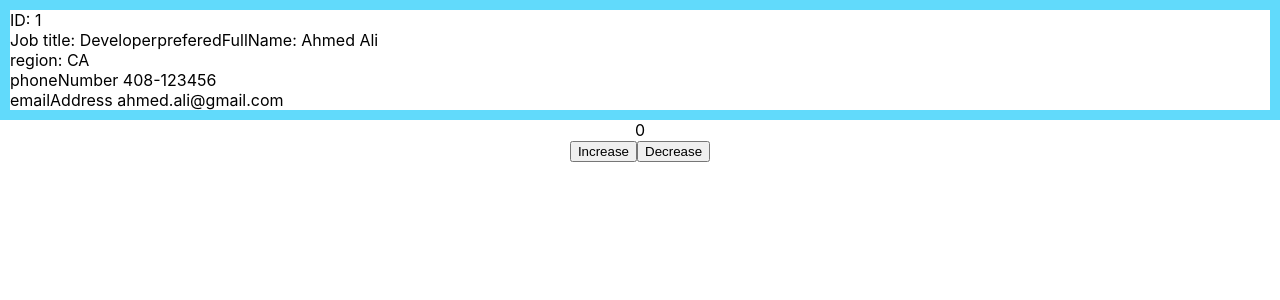
Repository: walaaElbasha/React-Counter
Page: /
The author's editor kept a copy of each file at every save. The page is drawn from the files as they stood at one save, then again after the next save.
The browser window is 1280 px wide. The pictures show the whole page.
The project was rebuilt for these pictures with package versions that can differ from the ones it lists, and the page was loaded fresh each time.

Above is the page before, as saved 2021-04-25 18:21:00.

### public/index.html
<!DOCTYPE html>
<html lang="en">
  <head>
    <title>React App</title>
  </head>
  <body>
    <noscript>You need to enable JavaScript to run this app.</noscript>
    <div id="root"></div>

  </body>
</html>

### src/App.js
import logo from './logo.svg';
import './App.css';
import React from 'react';

class App extends React.Component{
  render(){
    return(<div>
      <Dataviewer></Dataviewer>
      <Counter></Counter>
      </div>
      )

  }
}
class Counter extends React.Component{
  constructor(){
      super();
      this.state={
        count:0
      }
   }
  increase=()=>{
    this.setState({count:this.state.count+1})

  }
  decrease=()=>{
    this.setState({count:this.state.count-1})

  }

  render(){
  return (
    //JSX code w babel by7awlo js
    //bs b3d ma 7tet render khleto html
    <div className="App">
      <div>
        {this.state.count }
      </div>
      <button onClick={this.increase}>Increase</button>
      <button onClick={this.decrease}>Decrease</button>
    </div>
    );
  }
}

class Dataviewer extends React.Component{
  constructor(){
    super();
    this.state={
      id:1,
      jobTitleName:"Developer",
      preferedFullName:"Ahmed Ali",
      replaceemployeeCode:"E1",
      region:"CA",
      phoneNumber:"408-123456",
      emailAddress:"ahmed.ali@gmail.com",
    }
  }
  render(){
    return(
      <div class="box"  >
         ID: {this.state.id}
         <br></br>
         Job title: {this.state.jobTitleName}
         preferedFullName: {this.state.preferedFullName}
         <br></br>
         region: {this.state.region}
         <br></br>
         phoneNumber {this.state.phoneNumber}
         <br></br>
         emailAddress {this.state.emailAddress}
      </div>
    )
  }
}
export default App;

### src/App.css
.App {
  text-align: center;
}

.App-logo {
  height: 40vmin;
  pointer-events: none;
}

@media (prefers-reduced-motion: no-preference) {
  .App-logo {
    animation: App-logo-spin infinite 20s linear;
  }
}

.App-header {
  background-color: #282c34;
  min-height: 100vh;
  display: flex;
  flex-direction: column;
  align-items: center;
  justify-content: center;
  font-size: calc(10px + 2vmin);
  color: white;
}

.App-link {
  color: #61dafb;
}

@keyframes App-logo-spin {
  from {
    transform: rotate(0deg);
  }
  to {
    transform: rotate(360deg);
  }
}

.box{
border:#61dafb 10px solid

}

Loaded but not shown: src/index.js (common file); src/index.css (common file)

After the next save:
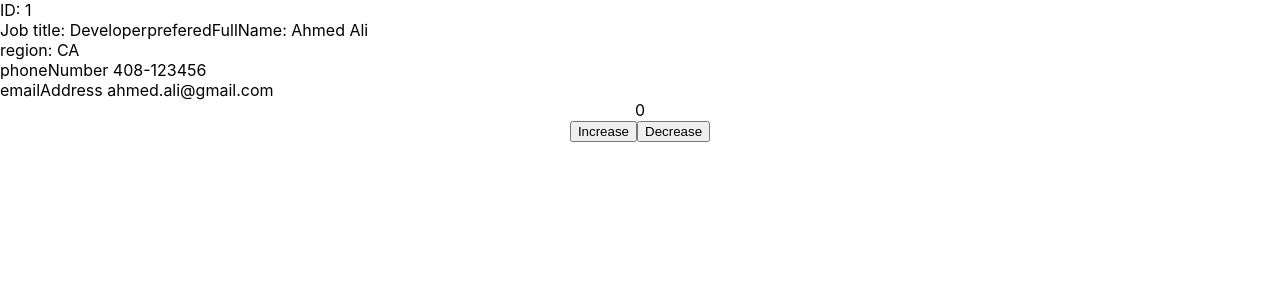
Saved 8 s later.
--- a/src/App.css
+++ b/src/App.css
@@ -38,6 +38,6 @@
 }
 
 .box{
-border:#61dafb 10px solid
+border:#61dafb 10px solid wrap
 
 }

After the save that followed:
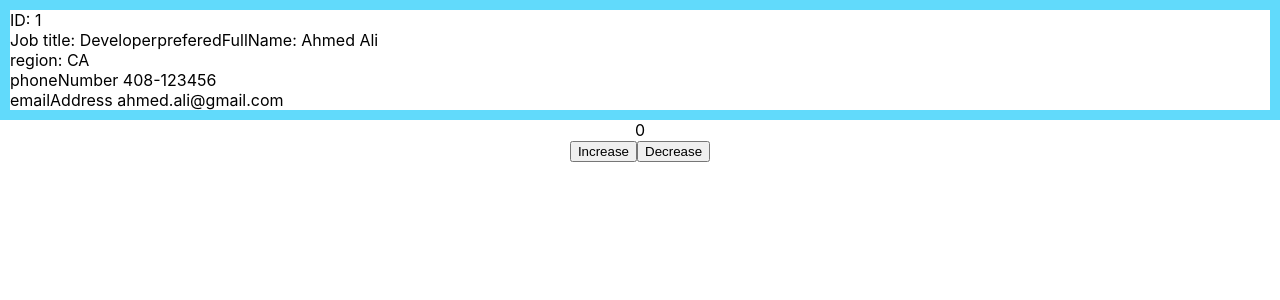
Saved 5 s later.
--- a/src/App.css
+++ b/src/App.css
@@ -38,6 +38,7 @@
 }
 
 .box{
-border:#61dafb 10px solid wrap
+border:#61dafb 10px solid
+
 
 }
